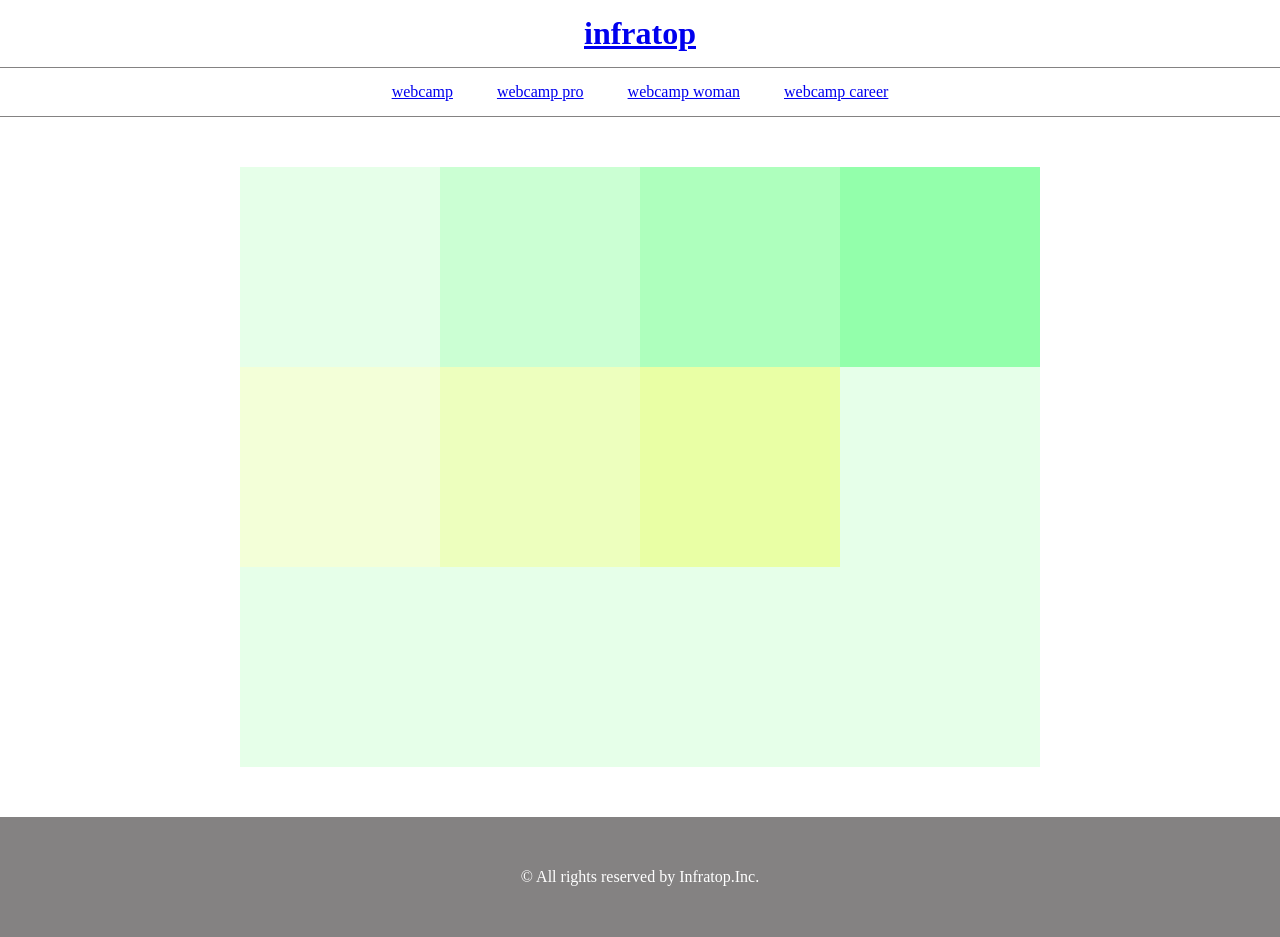
Repository: Nao002/practice
Page: html-practice5/index.html
The author's editor kept a record of every edit. The page is drawn from the files as they stood at one moment, then again after the next edit.
The browser window is 1280 px wide. The pictures show the whole page.

Above is the page before.

After the next edit:
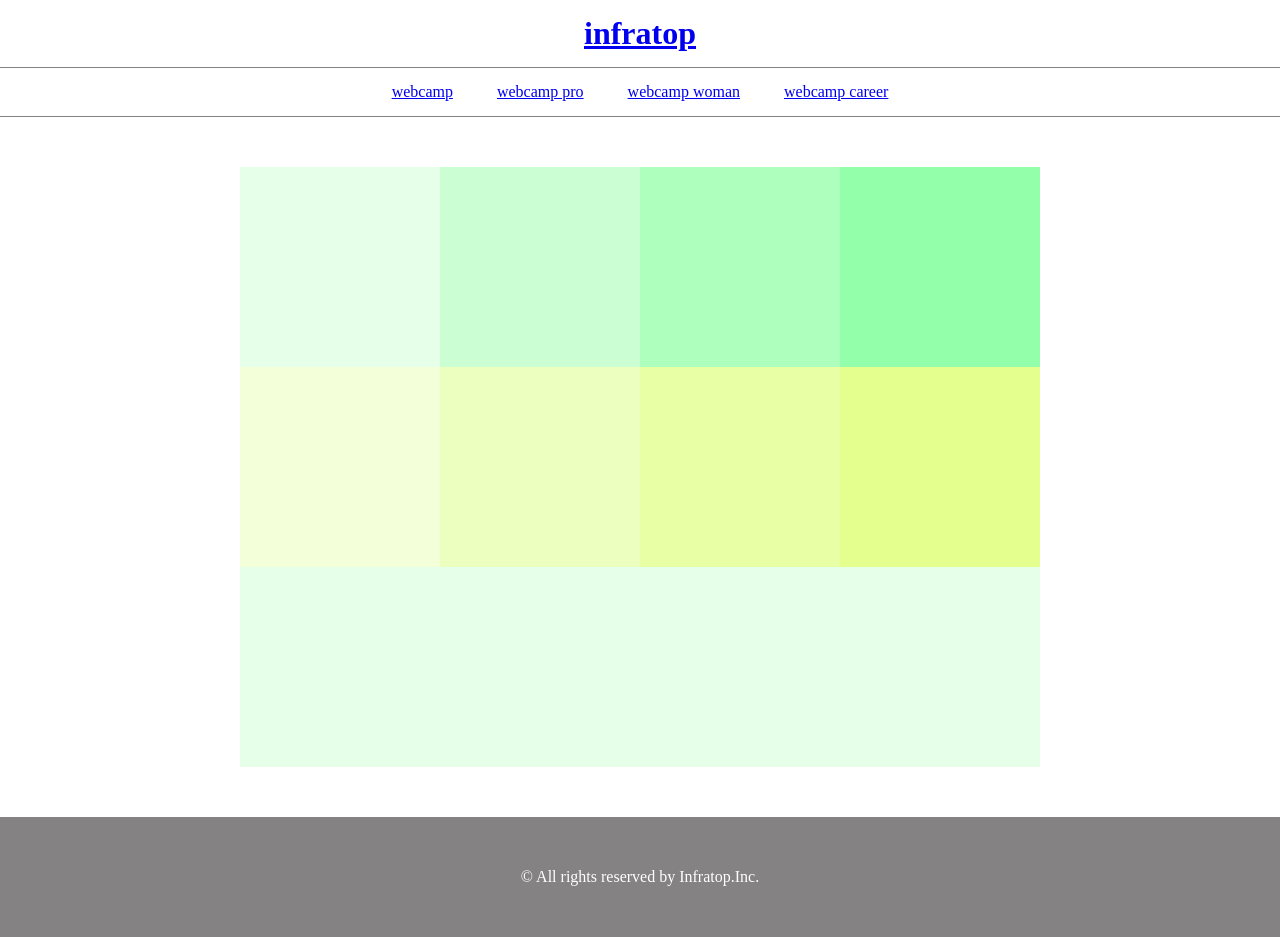
The edit:
--- a/html-practice5/style.css
+++ b/html-practice5/style.css
@@ -79,7 +79,7 @@
 }
 
 .color8{
-  background-color: #e6ffe9
+  background-color: #e4ff8d;
 }
 
 .color9{
